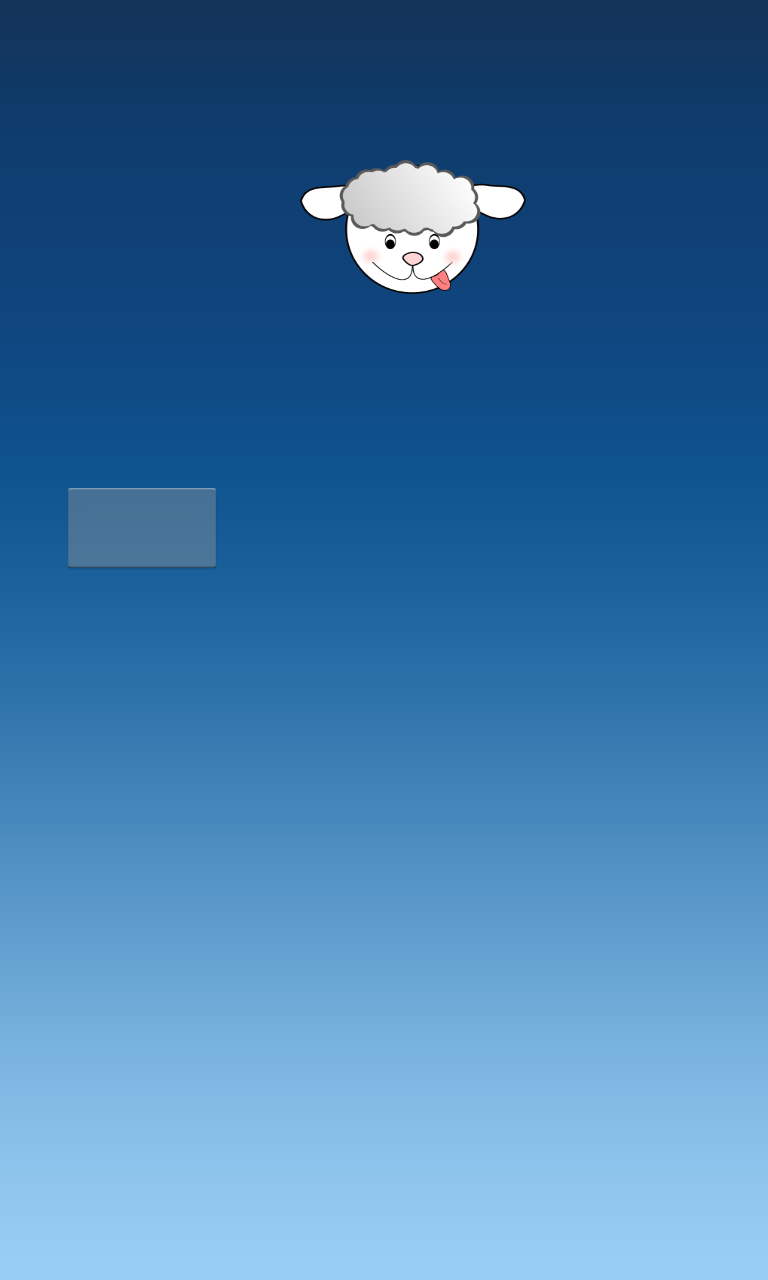
Repository: exilonX/CodeWarsFelula
Layout: Baa/res/layout/end_game1.xml
These files come from the project's save history. The layout is drawn as it stood at one moment and after the next save; the edit follows.
It is drawn on a 768 x 1280 px phone screen (xhdpi) without system bars, with theme AppTheme; the app's code is not run.

Above is the layout before, as saved 2014-02-22 17:40:40.

### Baa/res/layout/end_game1.xml
<?xml version="1.0" encoding="utf-8"?>
<FrameLayout xmlns:android="http://schemas.android.com/apk/res/android"
    android:layout_width="fill_parent"
    android:layout_height="fill_parent"
    android:background="@drawable/background"
    android:orientation="vertical" >

    <Button
        android:id="@+id/player1"
        android:layout_width="113dp"
        android:layout_height="67dp"
        android:layout_marginBottom="90dp"
        android:layout_marginLeft="150dp"
        android:layout_marginRight="0dp"
        android:background="@drawable/happy"
        android:layout_marginTop="80dp"
        />

    <Button
        android:id="@+id/player2"
        android:layout_width="82dp"
        android:layout_height="wrap_content"
        android:layout_marginBottom="0dp"
        android:layout_marginLeft="30dp"
        android:layout_marginRight="120dp"
        android:layout_marginTop="240dp"
        />


</FrameLayout>

Loaded but not shown: Baa/res/values/styles.xml (common file); Baa/res/values-v11/styles.xml (common file); Baa/res/values-v14/styles.xml (common file)

After the next save:
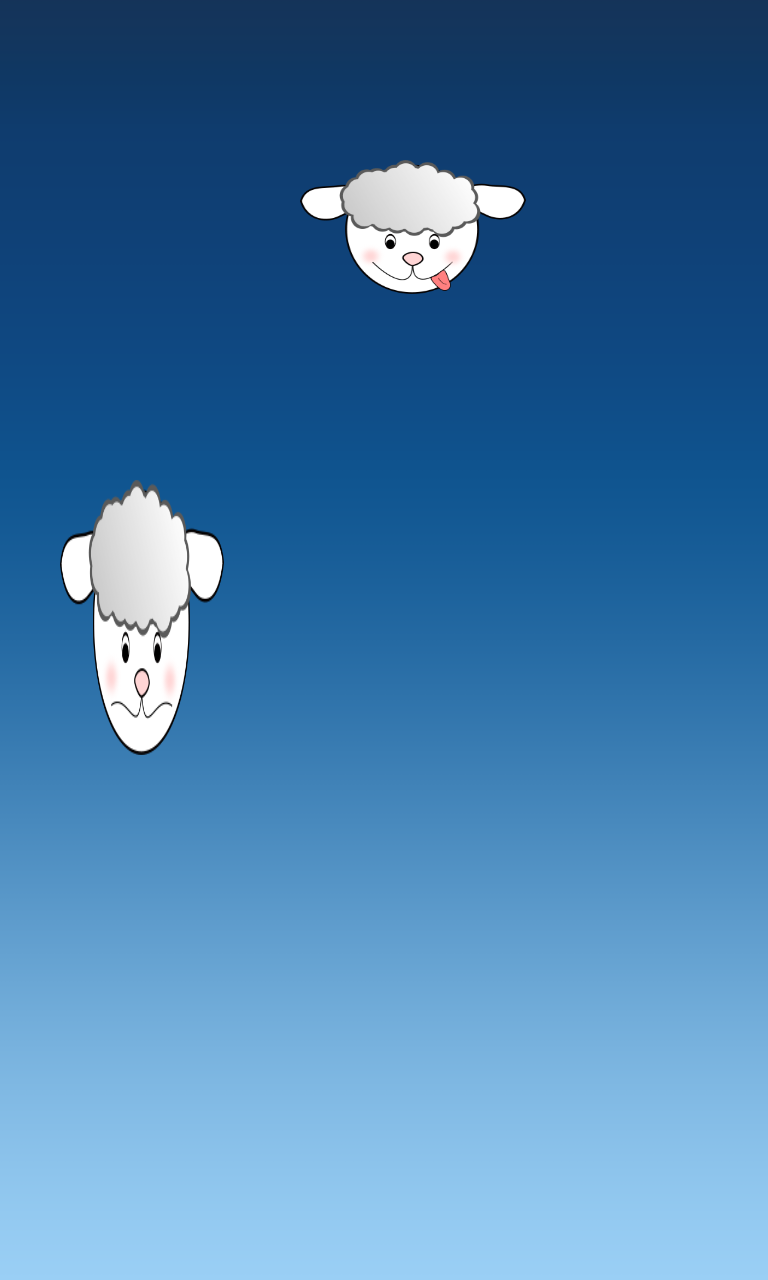
Saved 19 s later.
--- a/Baa/res/layout/end_game1.xml
+++ b/Baa/res/layout/end_game1.xml
@@ -23,6 +23,7 @@
         android:layout_marginBottom="0dp"
         android:layout_marginLeft="30dp"
         android:layout_marginRight="120dp"
+        android:background="@drawable/sad"
         android:layout_marginTop="240dp"
         />
 
